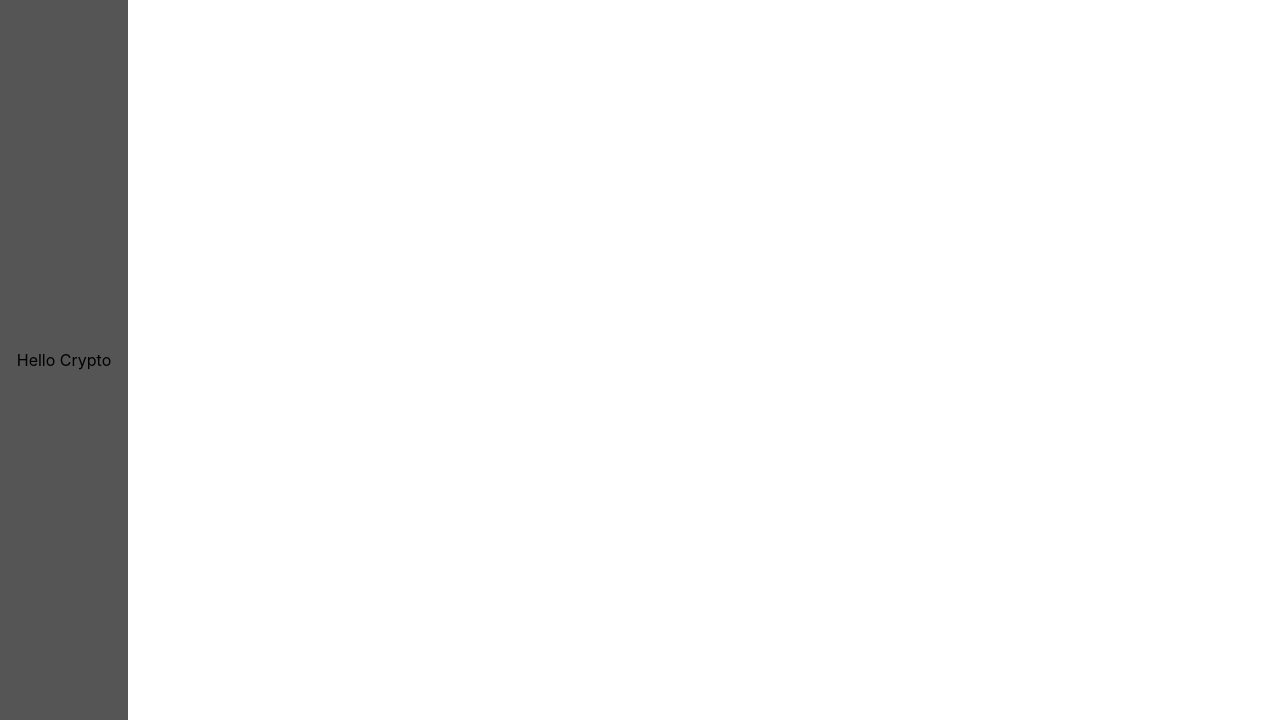
Repository: mohamedabueldahab10/Cryptocurrency
Page: /
These files come from the project's save history. The page is drawn as it stood at one moment and after the next save; the edit follows.
The browser window is 1280 px wide. The pictures show the whole page.
The project was rebuilt for these pictures with package versions that can differ from the ones it lists, and the page was loaded fresh each time.

Above is the page before, as saved 2023-09-10 14:12:19.

After the next save:
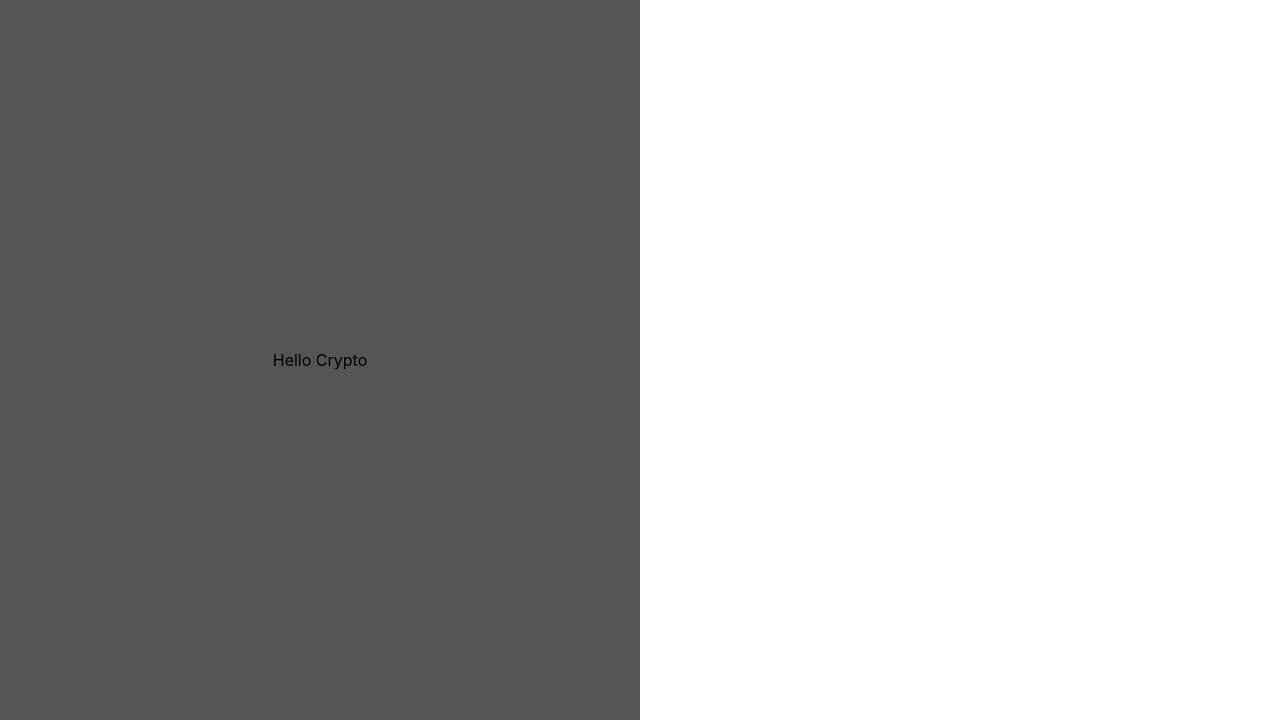
Saved 10 s later.
--- a/src/App.css
+++ b/src/App.css
@@ -9,5 +9,5 @@
   align-items: center;
   background-color: #555;
   height: 100vh;
-  width: 10vw;
+  width: 50vw;
 }
